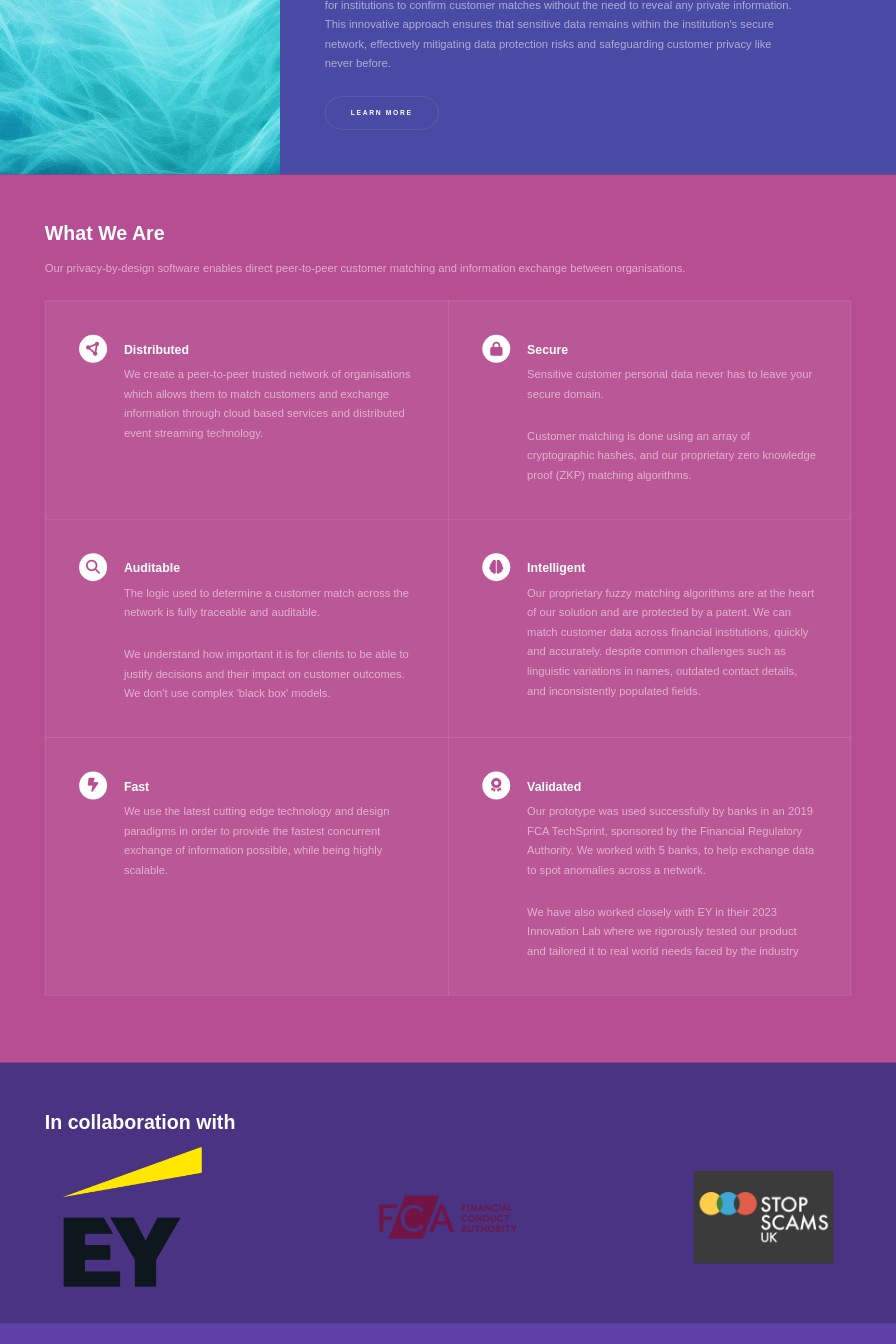
Repository: nocnoc94/nocnoc94.github.io
Page: index.html
These files come from the project's save history. The page is drawn as it stood at one moment and after a run of saves; the edit follows.
The browser window is 1280 px wide. The pictures show the part of the page from y = 1845 to 3765 px (the page is 4515 px tall), at 70% of full size.

Above is the page before, as saved 2024-03-12 18:11:53.

After the next 3 saves:
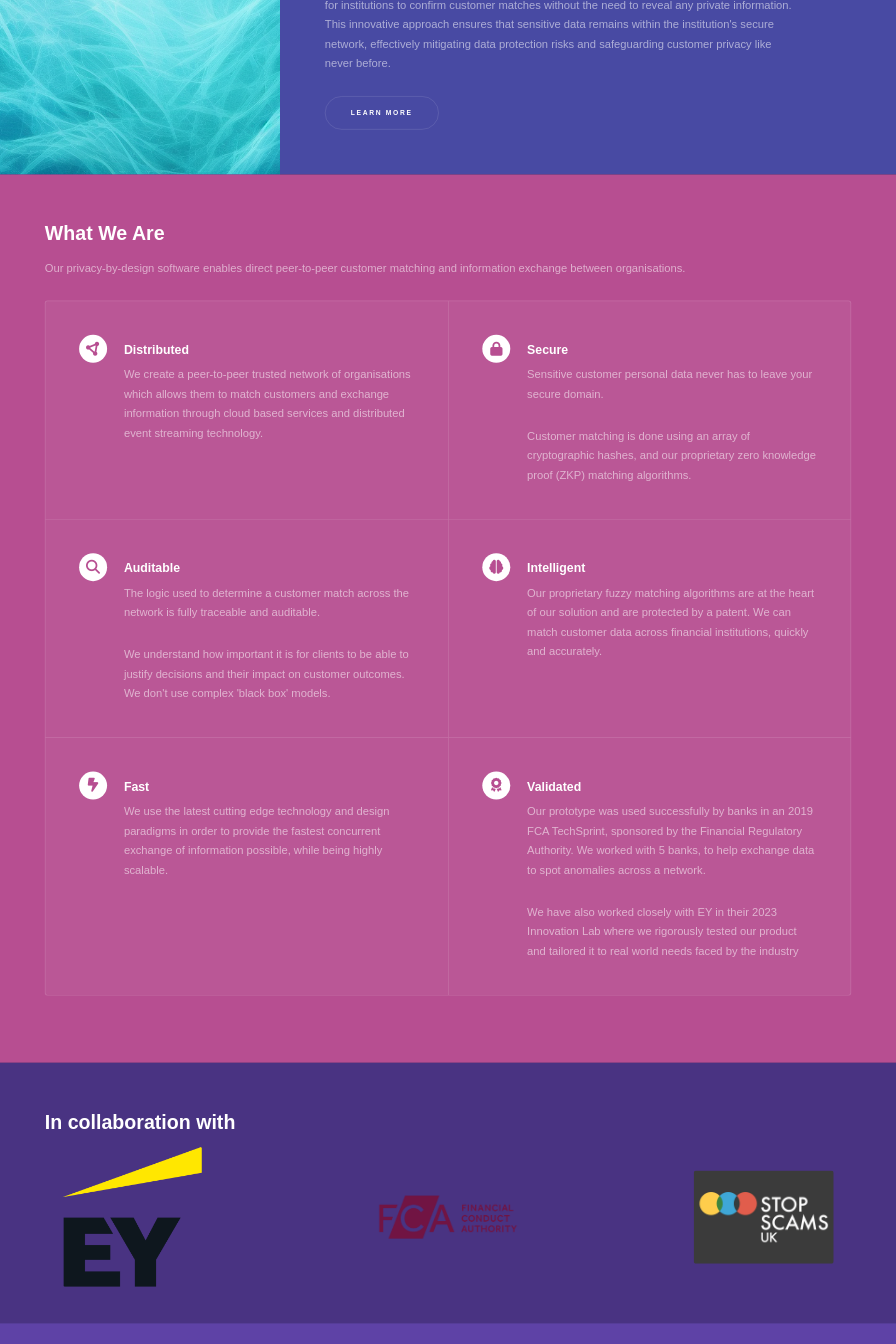
The 3 saves are shown as one change because they came seconds apart.
The last was saved 21 s later.
--- a/index.html
+++ b/index.html
@@ -142,8 +142,7 @@
 						<h3>Intelligent</h3>
 						<p>Our proprietary fuzzy matching algorithms are at the heart of our
 							solution and are protected by a patent. We can match customer data across financial
-							institutions, quickly and accurately. despite common challenges such as linguistic variations in names, outdated
-							contact details, and inconsistently populated fields.</p>
+							institutions, quickly and accurately. </p>
 					</section>
 					<section>
 						<span class="icon solid major fa-bolt-lightning"></span>
